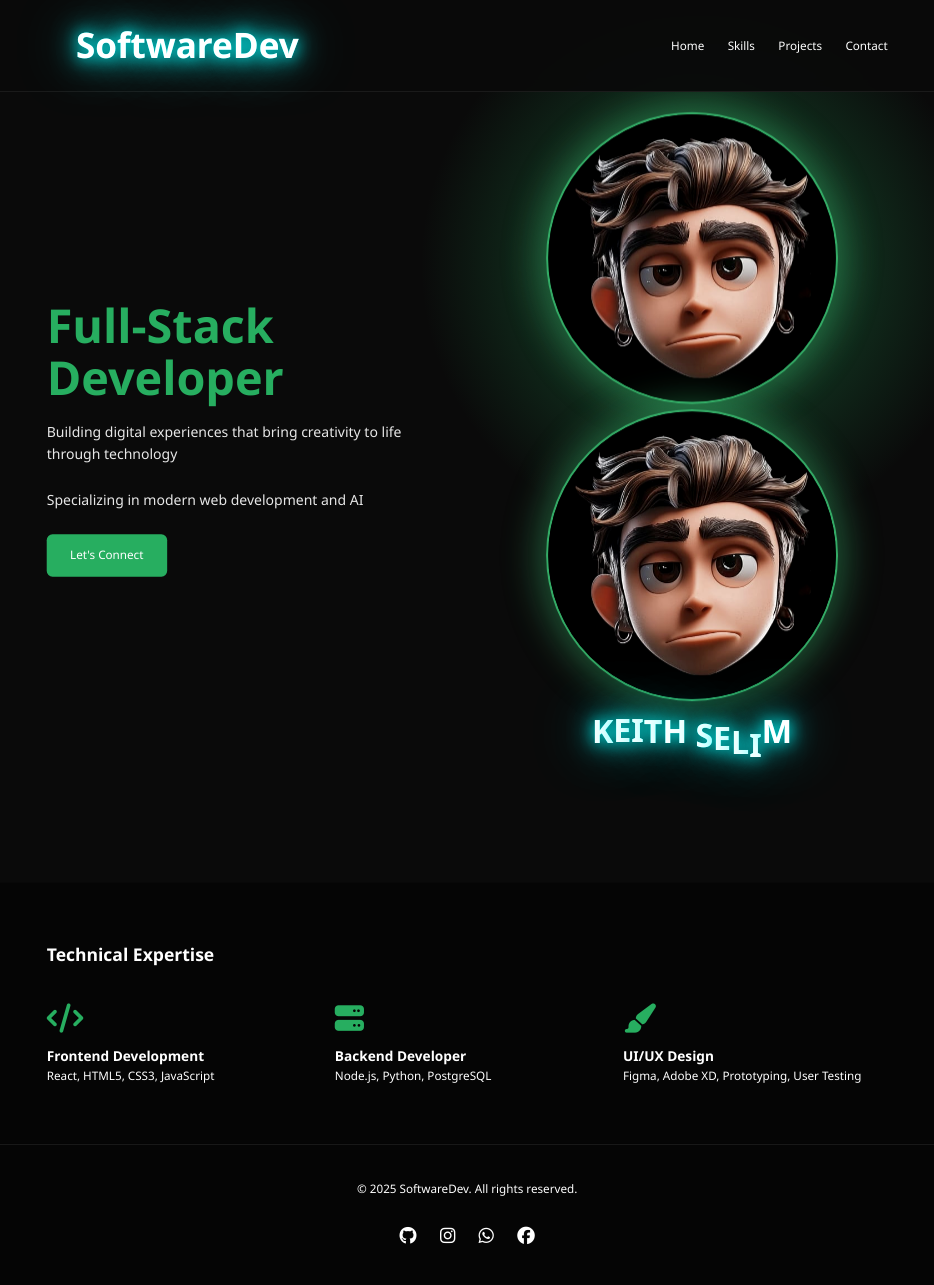
Repository: PEEZYBEE/my-react-portfolio
Page: /
The author's editor kept a copy of each file at every save. The page is drawn from the files as they stood at one save, then again after the next save.
The browser window is 1280 px wide. The pictures show the whole page, at 73% of full size.
The project was rebuilt for these pictures with package versions that can differ from the ones it lists, and the page was loaded fresh each time. Also part of the build but not shown: vite.config.js.

Above is the page before, as saved 2025-04-21 01:38:35.

After the next save:
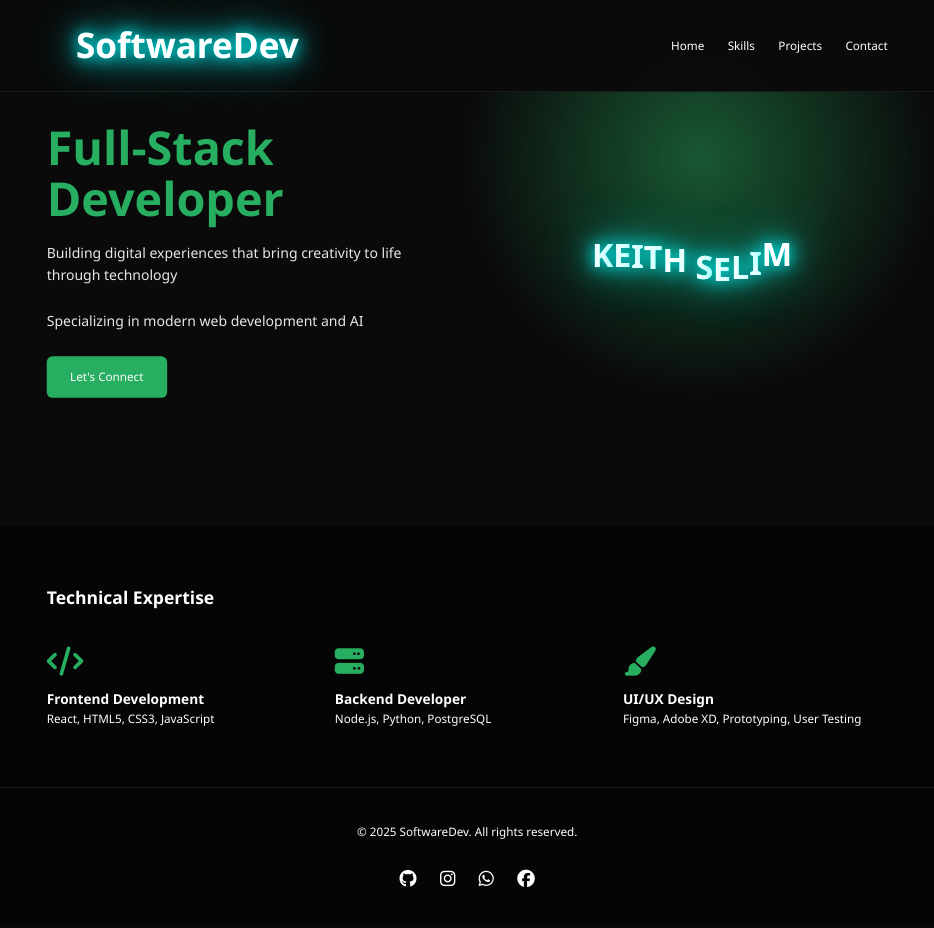
Saved 22 s later.
--- a/src/components/Hero.jsx
+++ b/src/components/Hero.jsx
@@ -14,8 +14,7 @@ const Hero = () => {
       </div>
 
       <div className="hero-image-container">
-      <img src={profileImage} alt="Profile" className="profile-img" />
-      <img src={profileImage} alt="Profile" className="profile-img" />
+
 
         <div className="name-banner">
         <h2 className="bouncing-letters" style={{ textAlign: "center", fontSize: "30px" }}>
